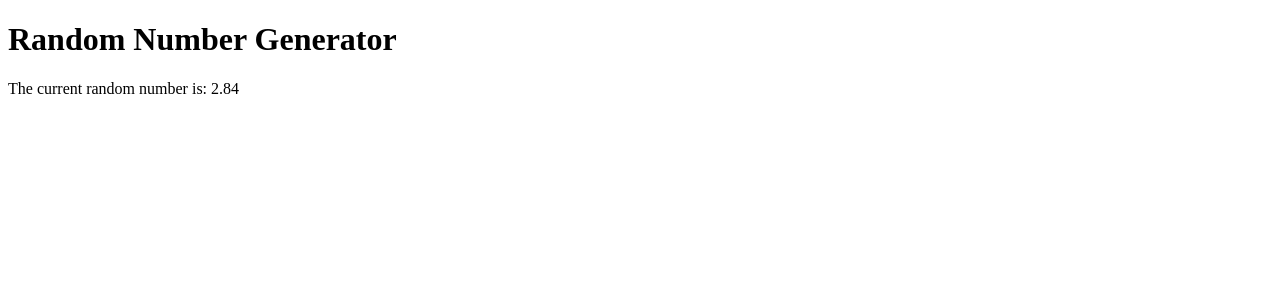
Repository: code-victor-now/future_farm
Page: index.html
The author's editor kept a copy of each file at every save. The page is drawn from the files as they stood at one save, then again after the next save.
The browser window is 1280 px wide. The pictures show the whole page.

Above is the page before, as saved 2023-03-26 21:08:47.
Not found: random-number-generator.js

After the next save:
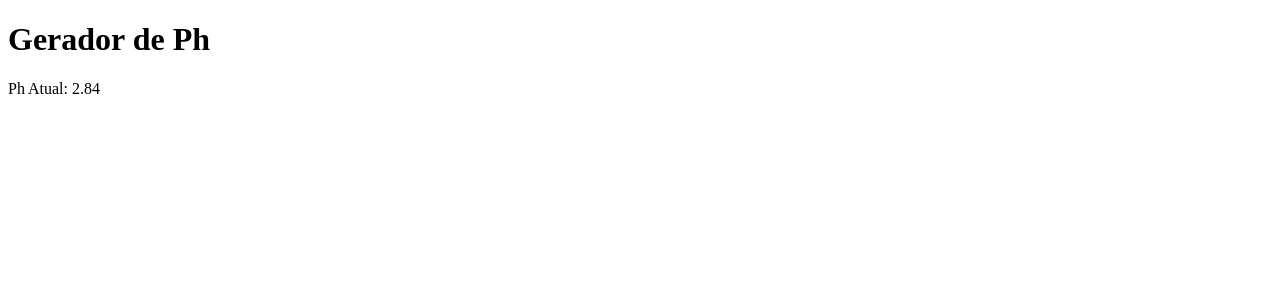
Saved 47 s later.
--- a/index.html
+++ b/index.html
@@ -4,8 +4,8 @@
     <title>Random Number Generator</title>
   </head>
   <body>
-    <h1>Random Number Generator</h1>
-    <p>The current random number is: <span id="number-display"></span></p>
+    <h1>Gerador de Ph</h1>
+    <p>Ph Atual: <span id="number-display"></span></p>
     <script src="random-number-generator.js"></script>
   </body>
   <script src="scripts.js"></script>
